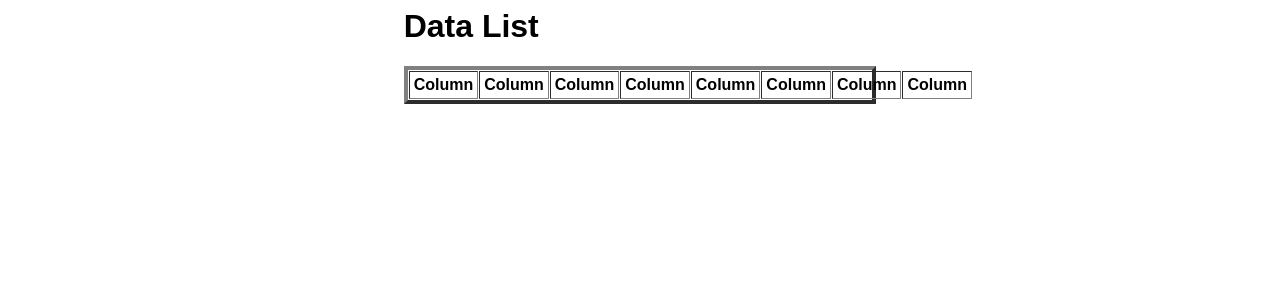
Repository: AdityaTech-Pro/FullStackWithBridgelabz
Page: Assignment2/Data_List/index.html
The author's editor kept a copy of each file at every save. The page is drawn from the files as they stood at one save, then again after the next save.
The browser window is 1280 px wide. The pictures show the whole page.

Above is the page before, as saved 2025-10-15 09:18:13.

### Assignment2/Data_List/index.html
<html>

<head>
    <style>
        body {
            font-family: Arial, Helvetica, sans-serif;
        }

        .center {
            display: block;
            margin-left: auto;
            margin-right: auto;
            width: 37.4%;
        }
    </style>
</head>
<title>
    <h2>Welcome to My Web Page</h2>
</title>

<body>
    <table border="4" cellspacing="1" cellpadding="4" class="center">
        <h1 class="center">Data List</h1>
        <tr>
            <th>Column</th>
            <th>Column</th>
            <th>Column</th>
            <th>Column</th>
            <th>Column</th>
            <th>Column</th>
            <th>Column</th>
            <th>Column</th>
        </tr>

</body>

</html>

After the next save:
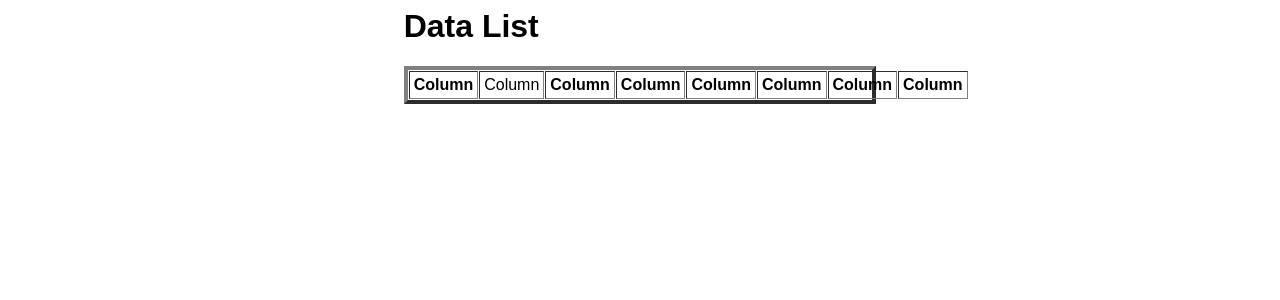
Saved 52 s later.
--- a/Assignment2/Data_List/index.html
+++ b/Assignment2/Data_List/index.html
@@ -23,13 +23,13 @@
         <h1 class="center">Data List</h1>
         <tr>
             <th>Column</th>
-            <th>Column</th>
-            <th>Column</th>
-            <th>Column</th>
-            <th>Column</th>
-            <th>Column</th>
-            <th>Column</th>
-            <th>Column</th>
+            <td>Column</th>
+                <th>Column</th>
+                <th>Column</th>
+                <th>Column</th>
+                <th>Column</th>
+                <th>Column</th>
+                <th>Column</th>
         </tr>
 
 </body>

After the 4 saves that followed:
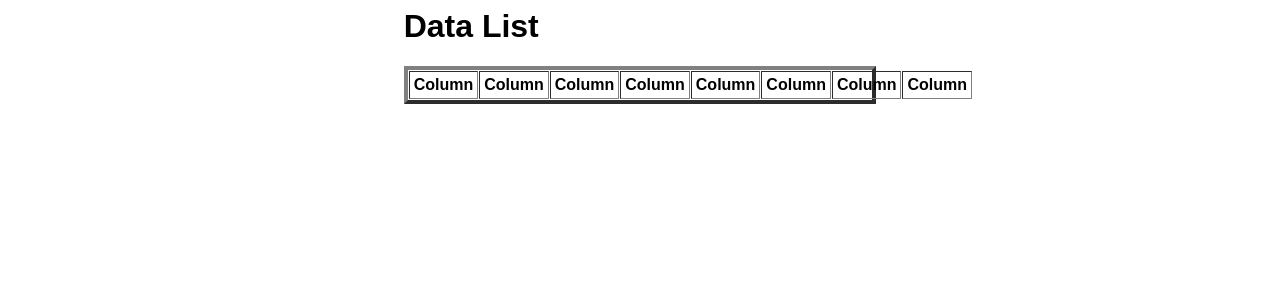
The 4 saves are shown as one change because 1 left the picture as it was and some came seconds apart.
The last was saved 23 s later.
--- a/Assignment2/Data_List/index.html
+++ b/Assignment2/Data_List/index.html
@@ -23,13 +23,13 @@
         <h1 class="center">Data List</h1>
         <tr>
             <th>Column</th>
-            <td>Column</th>
-                <th>Column</th>
-                <th>Column</th>
-                <th>Column</th>
-                <th>Column</th>
-                <th>Column</th>
-                <th>Column</th>
+            <th>Column</th>
+            <th>Column</th>
+            <th>Column</th>
+            <th>Column</th>
+            <th>Column</th>
+            <th>Column</th>
+            <th>Column</th>
         </tr>
 
 </body>
